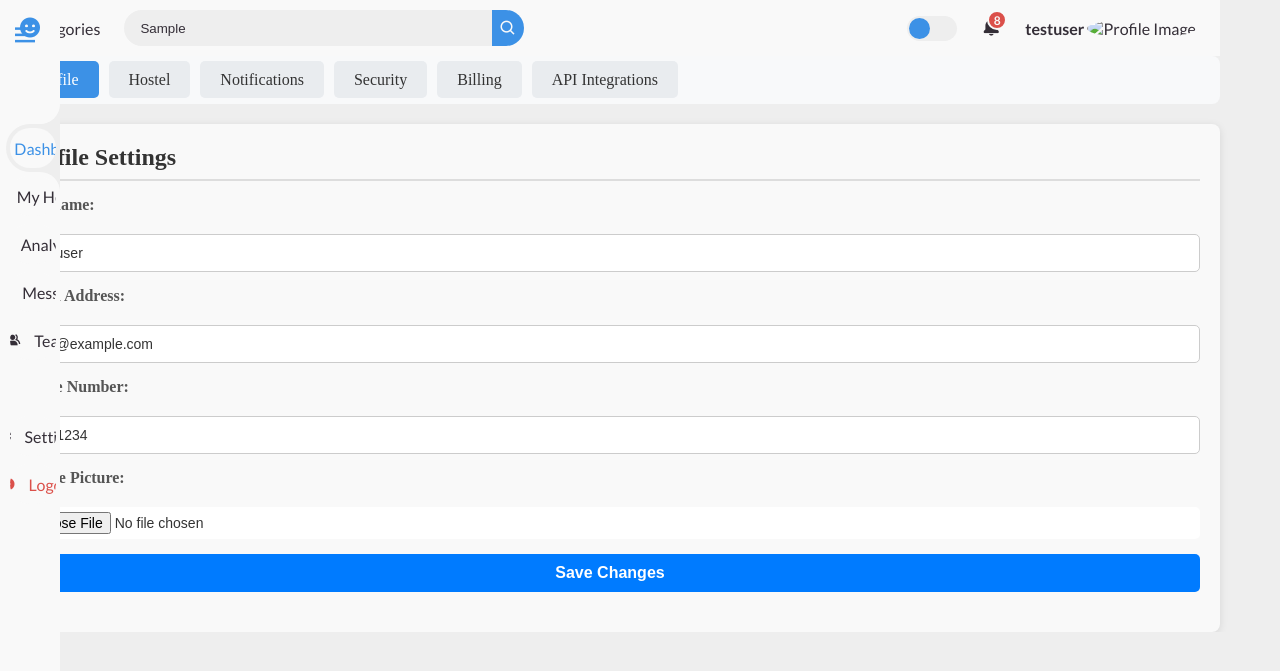
Repository: peter417waweru/hostelkona
Page: http://localhost/settings/
These files come from the project's save history. The page is drawn as it stood at one moment and after the next save; the edit follows.
The browser window is 1280 px wide. The pictures show the whole page.
Empty fields were first filled with sample values (such as "Sample", 5 or name@example.com).
After loading, the first visible `#sidebar-toggle` was clicked once.
The page is served by the project's application, run on Django 5.2 (hostelkona/manage.py). A made-up administrator, testuser (Test User, test@example.com), is signed in. Queries for data that is not in the repository find no rows.

Above is the page before, as saved 2025-01-26 12:27:01.
Console error: SyntaxError: Identifier 'sidebar' has already been declared

After the next save:
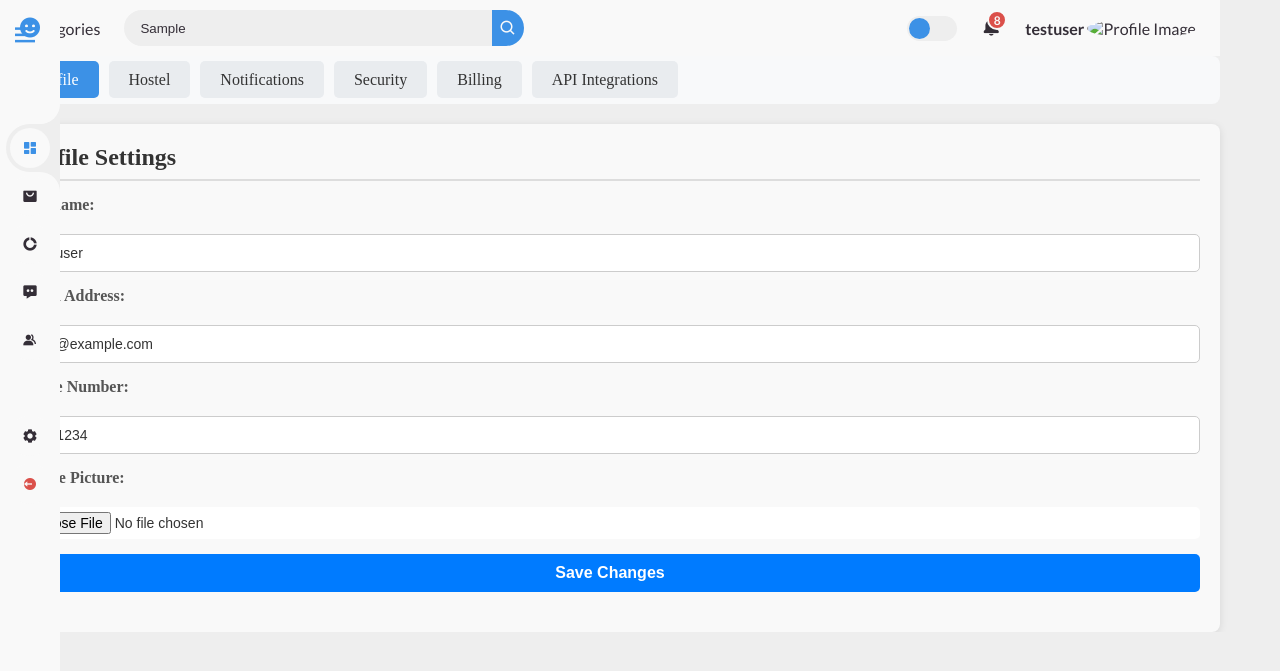
Saved 99 s later.
--- a/hostelkona/static/css/dashbase.css
+++ b/hostelkona/static/css/dashbase.css
@@ -182,8 +182,9 @@ body.dark-theme {
 }
 
 #sidebar.hide .side-menu li a {
-    justify-content: center; /* Center icons when collapsed */
-    overflow: hidden; /* Prevent hidden text from affecting layout */
+    width: calc(48px - (4px * 2));
+    transition: width .3s ease;
+    /* Shrink the link width when sidebar is hidden */
 }
 
 #sidebar .side-menu li a.logout {
